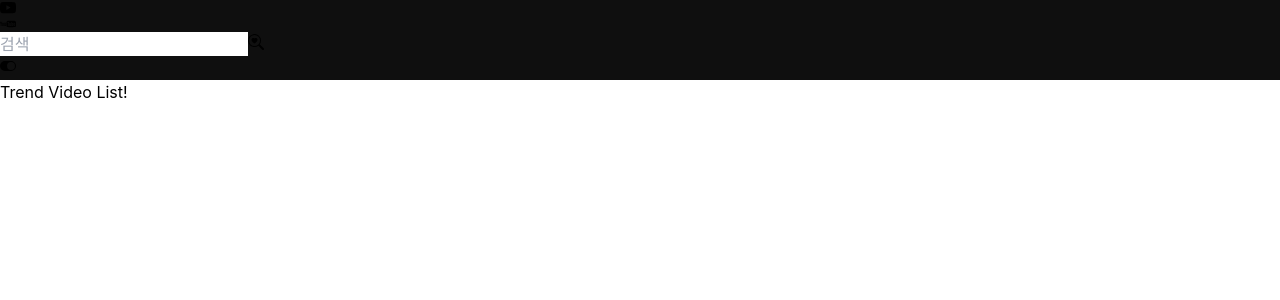
Repository: dnjfht/self-youtube
Page: /
These files come from the project's save history. The page is drawn as it stood at one moment and after the next save; the edit follows.
The browser window is 1280 px wide. The pictures show the whole page.
The project was rebuilt for these pictures with package versions that can differ from the ones it lists, and the page was loaded fresh each time. Also part of the build but not shown: src/page/Detail.jsx, src/page/NotFoundPage.jsx.

Above is the page before, as saved 2023-06-23 15:19:21.

After the next save:
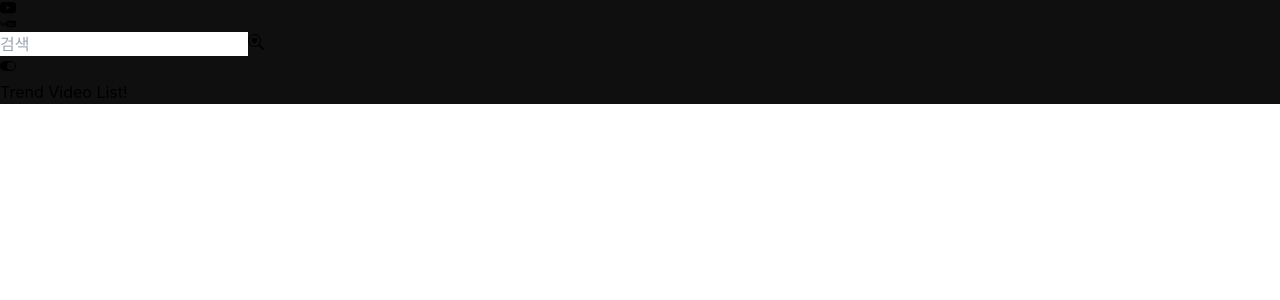
Saved 2 min 52 s later.
--- a/src/page/Videos.jsx
+++ b/src/page/Videos.jsx
@@ -1,12 +1,15 @@
-import React from "react";
+import React, { useContext } from "react";
 import { useParams } from "react-router-dom";
+import { DarkModeContext } from "../context/DarkModeContext";
 
 export default function Home() {
   const { keyword } = useParams();
   console.log(keyword);
 
+  const { darkMode } = useContext(DarkModeContext);
+
   return (
-    <div>
+    <div className={`${darkMode ? "bg-[#0f0f0f]" : "bg-[#ffc2c29c]"}`}>
       <h2>{keyword ? `${keyword} Video List!` : "Trend Video List!"}</h2>
     </div>
   );
